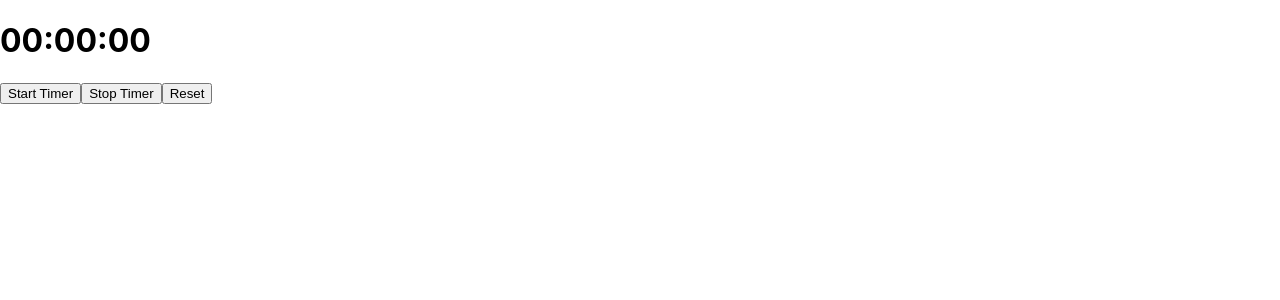
Repository: Aakash20bhatt/LearnReact
Page: / (app in machine-coding/)
These files come from the project's save history. The page is drawn as it stood at one moment and after the next save; the edit follows.
The browser window is 1280 px wide. The pictures show the whole page.
The project was rebuilt for these pictures with package versions that can differ from the ones it lists, and the page was loaded fresh each time. Also part of the build but not shown: machine-coding/src/App.css.

Above is the page before, as saved 2024-09-22 22:21:30.

### machine-coding/src/index.js
import React from 'react';
import ReactDOM from 'react-dom/client';
import './index.css';
// import App from './App';
import StopWatchApp from './StopWatchApp';
import reportWebVitals from './reportWebVitals';

const root = ReactDOM.createRoot(document.getElementById('root'));
root.render(
  <>
    <StopWatchApp/>
    {/* <App /> */}
  </>

);

// If you want to start measuring performance in your app, pass a function
// to log results (for example: reportWebVitals(console.log))
// or send to an analytics endpoint. Learn more: https://bit.ly/CRA-vitals
reportWebVitals();

### machine-coding/src/StopWatchApp.js
import './App.css'
import StopWatch from './components/StopWatch'
import Carousel from './components/Carousel'

function StopWatchApp(){
    return(
        <>
            <StopWatch/>
            <Carousel/>
        </>
    )
}

export default StopWatchApp

### machine-coding/src/components/StopWatch.jsx
import { memo, useRef, useState,useEffect, useCallback } from "react";

export default memo(function StopWatch(){
    const [time,setTime] = useState(0) // time represents time in seconds
    const intervalRef = useRef(null);

    const startTimer = useCallback(()=>{
        if(!intervalRef.current){
            intervalRef.current = setInterval(()=>{
                setTime((prevTime)=>prevTime+1)
            },1000)
        }
    },[]);

    const stopTimer = useCallback(()=>{
        clearInterval(intervalRef.current);
        intervalRef.current = null;
    },[]);

    const resetTimer = useCallback(()=>{
        stopTimer();
        setTime(0);
    },[stopTimer]);

    const formatTime = useCallback((time)=>{
        const getSeconds = `0${time%60}`.slice(-2);
        const getMinutes = `0${(Math.floor(time/60))%60}`.slice(-2);
        const getHours = `0${(Math.floor(time/3600))%60}`.slice(-2);
        return `${getHours}:${getMinutes}:${getSeconds}`
    },[]);

    useEffect(()=>{
        return ()=>{
            stopTimer();
        }
    },[stopTimer]);


    return(
        <>
            <h1>{formatTime(time)}</h1>
            <button onClick={startTimer}>Start Timer</button>
            <button onClick={stopTimer}>Stop Timer</button>
            <button onClick={resetTimer}>Reset</button>
        </>
    )
})

### machine-coding/src/components/Carousel.jsx
export default function Carousel(){
    return (
        <>
        </>
    )
}

Loaded but not shown: machine-coding/public/index.html (common file); machine-coding/src/index.css (common file); machine-coding/src/reportWebVitals.js (common file)

After the next save:
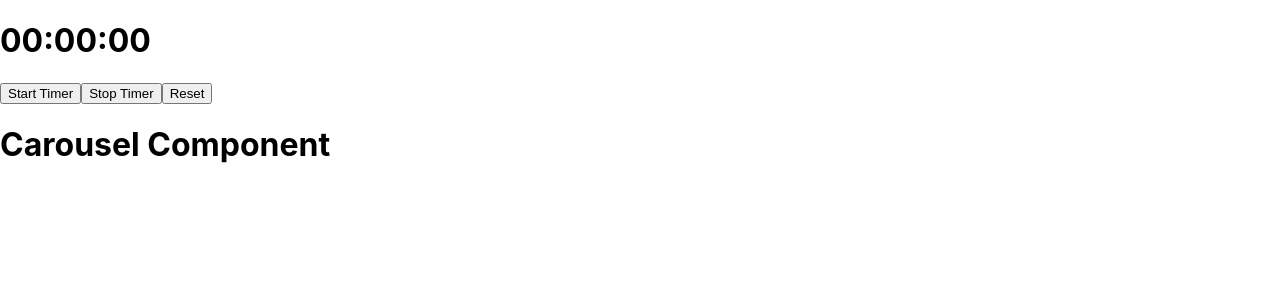
Saved 110 s later.
--- a/machine-coding/src/components/Carousel.jsx
+++ b/machine-coding/src/components/Carousel.jsx
@@ -1,6 +1,7 @@
 export default function Carousel(){
     return (
         <>
+            <h1>Carousel Component</h1>
         </>
     )
 }
